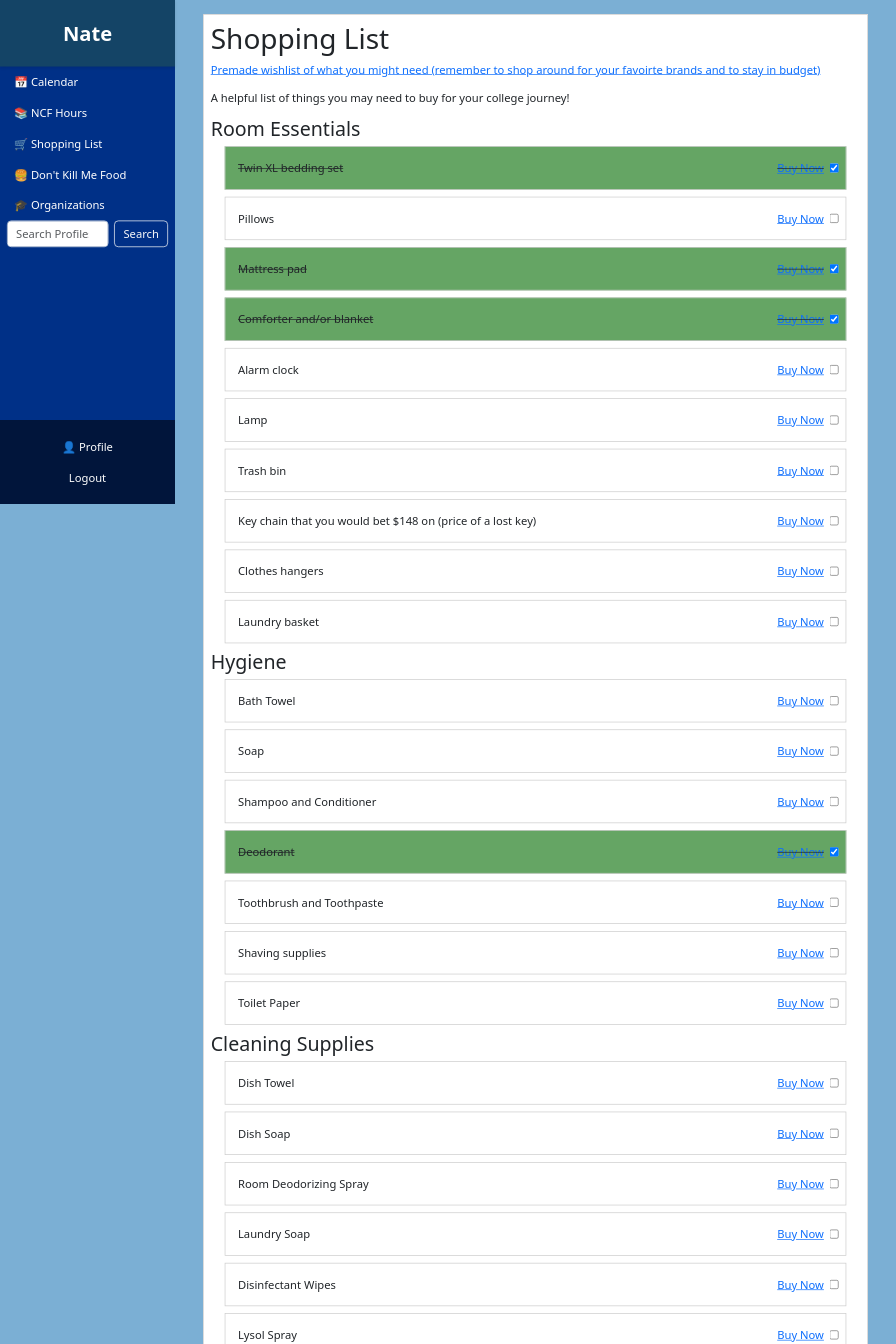
Repository: NateClarkTech/SoftwareEngineeringProject2
Page: http://localhost/shoppinglist/
An editor plug-in stored every save of this project. The page is shown before and after the next save, followed by the edit.
The browser window is 1280 px wide. The pictures show the part of the page from y = 0 to 1920 px (the page is 4171 px tall), at 70% of full size.
The page is served by the project's application, run on Django 5.2 (manage.py). The first stored user is signed in. Other server files are loaded and not shown. The page reads the database file committed with the project.

Above is the page before, as saved 2024-03-12 17:49:04.

### ShoppingList/templates/shoppinglist.html
{% extends 'base.html' %}

{% load static %}

{% block title %}Shopping List{% endblock %}

{% block extendHeader %}
<style>
    .item-box {
        border: 1px solid #ccc;
        padding: 10px;
        margin-bottom: 10px;
        margin-left: 20px;
        margin-right: 20px;
        background-color: white;
    }

    .checked {
        text-decoration: line-through;
        background-color: #65a564;
    }

    .not-checked {
        text-decoration: none;
        background-color: #ffbcbc;
    }
</style>
{% endblock %}

{% block content %}
<div class="align-items-center">
    {% if user.is_authenticated %}
    <div class="item-box">
        <h1>Shopping List</h1>
        <a href="https://www.amazon.com/hz/wishlist/ls/1MYC1SQ5AHTOC?ref_=wl_share" target="_blank">Premade wishlist of what you might need (remember to shop around for your favoirte brands and to stay in budget)</a>
        <p class="pt-3">A helpful list of things you may need to buy for your college journey!</p>

        {% for category in itemCategories %}
            <h3>{{ category }}</h3>
            {% for item in shoppingItems %}
                {% if item.category == category %}
                    <div class="item-box d-flex {% if item.checked %}checked{% endif %}">
                        <label for="item-{{ forloop.counter }}" class="flex-grow-1 p-2">{{ item.name }}</label>
                        <a href="{{ item.url }}" target="_blank" class="p-2">Buy Now</a>
                        <input type="checkbox" id="item-{{ forloop.counter }}" class="p-2" {% if item.checked %}checked{% endif %}>
                    </div>
                {% endif %}
            {% endfor %}
        {% endfor %}
    </div>
    {% else %}
    <p>You are not logged in</p>
    {% endif %}
</div>
{% endblock %}

{% block scripts %}
    <script src={% static '/js/shoppinglist.js' %}></script>
{% endblock %}

### ShoppingList/models.py
from django.db import models
from django.contrib.auth.models import User

class ShoppingListCategory(models.Model):
    name = models.CharField(max_length=200)

    def __str__(self):
        return self.name

class ShoppingListItem(models.Model):
    user = models.ForeignKey(User, on_delete=models.CASCADE)
    name = models.CharField(max_length=200)
    category = models.ForeignKey(ShoppingListCategory, on_delete=models.CASCADE)
    url = models.URLField(max_length=200)
    checked = models.BooleanField(default=False)

    def __str__(self):
        return self.user.username + " - " + self.name

### Leaderboard/urls.py
from django.urls import path
from . import views
#https://www.reddit.com/r/django/comments/13hknj7/my_project_doesnt_recognize_the_urls_from_one_of/
urlpatterns = [
    path('', views.checklist, name='checklist'),
    path('checklist/', views.checklist, name='checklist'),
    path('update_checklist/', views.update_checklist, name='update_checklist'),
    path('reset-tasks', views.reset_tasks),
    path('leaderboard/', views.leaderboard_view, name='leaderboard'),

]

### ShoppingList/urls.py
from django.urls import path
from . import views
from django.conf import settings
from django.conf.urls.static import static
from django.contrib.auth import views as auth_views

urlpatterns = [
    path('', views.shoppinglist, name='shoppinglist'),
    path('update_shoppinglist', views.update_shoppinglist, name='update_shoppinglist'),
]

### NovoTaskNinja/urls.py
from django.urls import path
from . import views
from django.conf import settings
from django.conf.urls.static import static
from django.contrib.auth import views as auth_views

urlpatterns = [

    # Backend-Heavy Pages
    path('dontkillmefood/', views.dontkillmefood, name='dontkillmefood'),

    # Frontend-Heavy Pages
    path('calendar', views.calendar, name='calendar'),
    path('ncfhours/', views.ncfhours, name='ncfhours'),
    path('', views.home, name='home'),


] + static(settings.MEDIA_URL, document_root=settings.MEDIA_ROOT)

### db.sqlite3 (the tables this page reads, as SQL)
CREATE TABLE "ShoppingList_shoppinglistcategory" ("id" integer NOT NULL PRIMARY KEY AUTOINCREMENT, "name" varchar(200) NOT NULL);
INSERT INTO "ShoppingList_shoppinglistcategory" VALUES
(1, 'Room Essentials'),
(2, 'Hygiene'),
(3, 'Cleaning Supplies'),
(4, 'Beach Supplies'),
(5, 'School Supplies'),
(6, 'Emergency Preparedness'),
(7, 'Other Items');

CREATE TABLE "ShoppingList_shoppinglistitem" ("id" integer NOT NULL PRIMARY KEY AUTOINCREMENT, "name" varchar(200) NOT NULL, "url" varchar(200) NOT NULL, "checked" bool NOT NULL, "user_id" integer NOT NULL REFERENCES "auth_user" ("id") DEFERRABLE INITIALLY DEFERRED, "category_id" bigint NOT NULL REFERENCES "ShoppingList_shoppinglistcategory" ("id") DEFERRABLE INITIALLY DEFERRED);
INSERT INTO "ShoppingList_shoppinglistitem" VALUES
(1, 'Twin XL bedding set', 'https://www.amazon.com/s?k=twin+xl+sheet+sets', 0, 3, 1),
(2, 'Pillows', 'https://www.amazon.com/s?k=bed+pillow', 0, 3, 1),
(3, 'Mattress pad', 'https://www.amazon.com/s?k=mattress+pad', 0, 3, 1),
(4, 'Comforter and/or blanket', 'https://www.amazon.com/s?k=comforter', 0, 3, 1),
(5, 'Alarm clock', 'https://www.amazon.com/s?k=alarm+clock', 0, 3, 1),
(6, 'Lamp', 'https://www.amazon.com/s?k=lamp', 0, 3, 1),
(7, 'Trash bin', 'https://www.amazon.com/s?k=trash+bin', 0, 3, 1),
(8, 'Key chain that you would bet $148 on (price of a lost key)', 'https://www.amazon.com/s?k=key+chain', 0, 3, 1),
(9, 'Clothes hangers', 'clothes hangers', 0, 3, 1),
(10, 'Laundry basket', 'https://www.amazon.com/s?k=laundry+basket', 0, 3, 1),
(11, 'Bath Towel', 'https://www.amazon.com/s?kbath+towel', 0, 3, 2),
(12, 'Soap', 'https://www.amazon.com/s?k=soap', 0, 3, 2),
(13, 'Shampoo and Conditioner', 'https://www.amazon.com/s?k=shampoo+and+conditioner', 0, 3, 2),
(14, 'Deodorant', 'https://www.amazon.com/s?k=deodorant', 0, 3, 2),
(15, 'Toothbrush and Toothpaste', 'https://www.amazon.com/s?k=toothbrush+and+toothpaste', 0, 3, 2),
(16, 'Shaving supplies', 'https://www.amazon.com/s?k=shaving+supplies', 0, 3, 2),
(17, 'Toilet Paper', 'https://www.amazon.com/s?k=toilet+paper', 0, 3, 2),
(18, 'Dish Towel', 'https://www.amazon.com/s?k=dish+towel', 0, 3, 3),
(19, 'Dish Soap', 'https://www.amazon.com/s?k=dish+soap', 0, 3, 3),
(20, 'Room Deodorizing Spray', 'https://www.amazon.com/s?k=room+deodorizing+spray', 0, 3, 3),
(21, 'Laundry Soap', 'https://www.amazon.com/s?k=laundry+soap', 0, 3, 3),
(22, 'Disinfectant Wipes', 'https://www.amazon.com/s?k=disinfectant+wipes', 0, 3, 3),
(23, 'Lysol Spray', 'https://www.amazon.com/s?k=lysol+spray', 0, 3, 3),
(24, 'Swimsuit', 'https://www.amazon.com/s?k=swimsuit', 0, 3, 4),
(25, 'Beach Towel', 'https://www.amazon.com/s?k=beach+towel', 0, 3, 4),
(26, 'Sunscreen', 'https://www.amazon.com/s?k=sunscreen', 0, 3, 4),
(27, 'Refillable Water Bottle', 'https://www.amazon.com/s?k=refillable+water+bottle', 0, 3, 4),
(28, 'Personal Computer', 'https://www.amazon.com/s?k=personal+computer', 0, 3, 5),
(29, 'Printer', 'https://www.amazon.com/s?k=printer', 0, 3, 5),
(30, 'Printer Paper', 'https://www.amazon.com/s?k=printer+paper', 0, 3, 5),
(31, 'Ethernet Cable', 'https://www.amazon.com/s?k=ethernet+cable', 0, 3, 5),
(32, 'Flash Drive', 'https://www.amazon.com/s?k=flash+drive', 0, 3, 5),
(33, 'Notebooks', 'https://www.amazon.com/s?k=notebooks', 0, 3, 5),
(34, 'Laptop Lock', 'https://www.amazon.com/s?k=laptop+lock', 0, 3, 5),
(35, 'Office Supplies (Poster Putty, Stapler, Push Pins, Pen/Pencils, Envelopes and Stamps)', 'https://www.amazon.com/s?k=office+supplies', 0, 3, 5),
(36, 'Desk Lamp', 'https://www.amazon.com/s?k=desk+lamp', 0, 3, 5),
(37, 'Power Strip with Surge Protector', 'https://www.amazon.com/s?k=power+strip+with+surge+protector', 0, 3, 5),
(38, 'Multi-port USB Charger', 'https://www.amazon.com/s?k=multi-port+usb+charger', 0, 3, 5),
(39, 'Headset', 'https://www.amazon.com/s?k=headset', 0, 3, 5),
(40, 'Flashlight', 'https://www.amazon.com/s?k=flashlight', 0, 3, 6),
(41, 'Batteries', 'https://www.amazon.com/s?k=batteries', 0, 3, 6),
(42, 'First-aid Kit', 'https://www.amazon.com/s?k=first-aid+kit', 0, 3, 6),
(43, 'Fan', 'https://www.amazon.com/s?k=fan', 0, 3, 7),
(44, 'Umbrella', 'https://www.amazon.com/s?k=umbrella', 0, 3, 7),
(45, 'Ear Plugs', 'https://www.amazon.com/s?k=ear+plugs', 0, 3, 7),
(46, 'Small Sewing Kit', 'https://www.amazon.com/s?k=sewing+kit', 0, 3, 7),
(47, 'Small Tool Kit', 'https://www.amazon.com/s?k=tool+kit', 0, 3, 7),
(48, 'Storage Bins', 'https://www.amazon.com/s?k=storage+bins', 0, 3, 7),
(49, 'Dishes and Utensils', 'https://www.amazon.com/s?k=dishes+and+utensils', 0, 3, 7),
(50, 'Camera', 'https://www.amazon.com/s?k=camera', 0, 3, 7),
(51, 'Can Opener', 'https://www.amazon.com/s?k=can+opener', 0, 3, 7),
(52, 'Twin XL bedding set', 'https://www.amazon.com/s?k=twin+xl+sheet+sets', 0, 4, 1),
(53, 'Pillows', 'https://www.amazon.com/s?k=bed+pillow', 0, 4, 1),
(54, 'Mattress pad', 'https://www.amazon.com/s?k=mattress+pad', 0, 4, 1),
(55, 'Comforter and/or blanket', 'https://www.amazon.com/s?k=comforter', 0, 4, 1),
(56, 'Alarm clock', 'https://www.amazon.com/s?k=alarm+clock', 0, 4, 1),
(57, 'Lamp', 'https://www.amazon.com/s?k=lamp', 0, 4, 1),
(58, 'Trash bin', 'https://www.amazon.com/s?k=trash+bin', 0, 4, 1),
(59, 'Key chain that you would bet $148 on (price of a lost key)', 'https://www.amazon.com/s?k=key+chain', 0, 4, 1),
(60, 'Clothes hangers', 'clothes hangers', 0, 4, 1),
(61, 'Laundry basket', 'https://www.amazon.com/s?k=laundry+basket', 0, 4, 1),
(62, 'Bath Towel', 'https://www.amazon.com/s?kbath+towel', 0, 4, 2),
(63, 'Soap', 'https://www.amazon.com/s?k=soap', 0, 4, 2),
(64, 'Shampoo and Conditioner', 'https://www.amazon.com/s?k=shampoo+and+conditioner', 0, 4, 2),
(65, 'Deodorant', 'https://www.amazon.com/s?k=deodorant', 0, 4, 2),
(66, 'Toothbrush and Toothpaste', 'https://www.amazon.com/s?k=toothbrush+and+toothpaste', 0, 4, 2),
(67, 'Shaving supplies', 'https://www.amazon.com/s?k=shaving+supplies', 0, 4, 2),
(68, 'Toilet Paper', 'https://www.amazon.com/s?k=toilet+paper', 0, 4, 2),
(69, 'Dish Towel', 'https://www.amazon.com/s?k=dish+towel', 0, 4, 3),
(70, 'Dish Soap', 'https://www.amazon.com/s?k=dish+soap', 0, 4, 3),
(71, 'Room Deodorizing Spray', 'https://www.amazon.com/s?k=room+deodorizing+spray', 0, 4, 3),
(72, 'Laundry Soap', 'https://www.amazon.com/s?k=laundry+soap', 0, 4, 3),
(73, 'Disinfectant Wipes', 'https://www.amazon.com/s?k=disinfectant+wipes', 0, 4, 3),
(74, 'Lysol Spray', 'https://www.amazon.com/s?k=lysol+spray', 0, 4, 3),
(75, 'Swimsuit', 'https://www.amazon.com/s?k=swimsuit', 0, 4, 4),
(76, 'Beach Towel', 'https://www.amazon.com/s?k=beach+towel', 0, 4, 4),
(77, 'Sunscreen', 'https://www.amazon.com/s?k=sunscreen', 0, 4, 4),
(78, 'Refillable Water Bottle', 'https://www.amazon.com/s?k=refillable+water+bottle', 0, 4, 4),
(79, 'Personal Computer', 'https://www.amazon.com/s?k=personal+computer', 0, 4, 5),
(80, 'Printer', 'https://www.amazon.com/s?k=printer', 0, 4, 5),
(81, 'Printer Paper', 'https://www.amazon.com/s?k=printer+paper', 0, 4, 5),
(82, 'Ethernet Cable', 'https://www.amazon.com/s?k=ethernet+cable', 0, 4, 5),
(83, 'Flash Drive', 'https://www.amazon.com/s?k=flash+drive', 0, 4, 5),
(84, 'Notebooks', 'https://www.amazon.com/s?k=notebooks', 0, 4, 5),
(85, 'Laptop Lock', 'https://www.amazon.com/s?k=laptop+lock', 0, 4, 5),
(86, 'Office Supplies (Poster Putty, Stapler, Push Pins, Pen/Pencils, Envelopes and Stamps)', 'https://www.amazon.com/s?k=office+supplies', 0, 4, 5),
(87, 'Desk Lamp', 'https://www.amazon.com/s?k=desk+lamp', 0, 4, 5),
(88, 'Power Strip with Surge Protector', 'https://www.amazon.com/s?k=power+strip+with+surge+protector', 0, 4, 5),
(89, 'Multi-port USB Charger', 'https://www.amazon.com/s?k=multi-port+usb+charger', 0, 4, 5),
(90, 'Headset', 'https://www.amazon.com/s?k=headset', 0, 4, 5),
(91, 'Flashlight', 'https://www.amazon.com/s?k=flashlight', 0, 4, 6),
(92, 'Batteries', 'https://www.amazon.com/s?k=batteries', 0, 4, 6),
(93, 'First-aid Kit', 'https://www.amazon.com/s?k=first-aid+kit', 0, 4, 6),
(94, 'Fan', 'https://www.amazon.com/s?k=fan', 0, 4, 7),
(95, 'Umbrella', 'https://www.amazon.com/s?k=umbrella', 0, 4, 7),
(96, 'Ear Plugs', 'https://www.amazon.com/s?k=ear+plugs', 0, 4, 7),
(97, 'Small Sewing Kit', 'https://www.amazon.com/s?k=sewing+kit', 0, 4, 7),
(98, 'Small Tool Kit', 'https://www.amazon.com/s?k=tool+kit', 0, 4, 7),
(99, 'Storage Bins', 'https://www.amazon.com/s?k=storage+bins', 0, 4, 7),
(100, 'Dishes and Utensils', 'https://www.amazon.com/s?k=dishes+and+utensils', 0, 4, 7),
(101, 'Camera', 'https://www.amazon.com/s?k=camera', 0, 4, 7),
(102, 'Can Opener', 'https://www.amazon.com/s?k=can+opener', 0, 4, 7),
(103, 'Twin XL bedding set', 'https://www.amazon.com/s?k=twin+xl+sheet+sets', 0, 2, 1),
(104, 'Pillows', 'https://www.amazon.com/s?k=bed+pillow', 0, 2, 1),
(105, 'Mattress pad', 'https://www.amazon.com/s?k=mattress+pad', 0, 2, 1),
(106, 'Comforter and/or blanket', 'https://www.amazon.com/s?k=comforter', 0, 2, 1),
(107, 'Alarm clock', 'https://www.amazon.com/s?k=alarm+clock', 0, 2, 1),
(108, 'Lamp', 'https://www.amazon.com/s?k=lamp', 0, 2, 1),
(109, 'Trash bin', 'https://www.amazon.com/s?k=trash+bin', 0, 2, 1),
(110, 'Key chain that you would bet $148 on (price of a lost key)', 'https://www.amazon.com/s?k=key+chain', 0, 2, 1),
(111, 'Clothes hangers', 'https://www.amazon.com/s?k=clothes+hangers', 0, 2, 1),
(112, 'Laundry basket', 'https://www.amazon.com/s?k=laundry+basket', 0, 2, 1),
(113, 'Bath Towel', 'https://www.amazon.com/s?k=bath+towels', 0, 2, 2),
(114, 'Soap', 'https://www.amazon.com/s?k=soap', 0, 2, 2),
(115, 'Shampoo and Conditioner', 'https://www.amazon.com/s?k=shampoo+and+conditioner', 0, 2, 2),
(116, 'Deodorant', 'https://www.amazon.com/s?k=deodorant', 0, 2, 2),
(117, 'Toothbrush and Toothpaste', 'https://www.amazon.com/s?k=toothbrush+and+toothpaste', 0, 2, 2),
(118, 'Shaving supplies', 'https://www.amazon.com/s?k=shaving+supplies', 0, 2, 2),
(119, 'Toilet Paper', 'https://www.amazon.com/s?k=toilet+paper', 0, 2, 2),
(120, 'Dish Towel', 'https://www.amazon.com/s?k=dish+towel', 0, 2, 3),
(121, 'Dish Soap', 'https://www.amazon.com/s?k=dish+soap', 0, 2, 3),
(122, 'Room Deodorizing Spray', 'https://www.amazon.com/s?k=room+deodorizing+spray', 0, 2, 3),
(123, 'Laundry Soap', 'https://www.amazon.com/s?k=laundry+soap', 0, 2, 3),
(124, 'Disinfectant Wipes', 'https://www.amazon.com/s?k=disinfectant+wipes', 0, 2, 3),
(125, 'Lysol Spray', 'https://www.amazon.com/s?k=lysol+spray', 0, 2, 3),
(126, 'Swimsuit', 'https://www.amazon.com/s?k=swimsuit', 0, 2, 4),
(127, 'Beach Towel', 'https://www.amazon.com/s?k=beach+towel', 0, 2, 4),
(128, 'Sunscreen', 'https://www.amazon.com/s?k=sunscreen', 0, 2, 4),
(129, 'Refillable Water Bottle', 'https://www.amazon.com/s?k=refillable+water+bottle', 0, 2, 4),
(130, 'Personal Computer', 'https://www.amazon.com/s?k=personal+computer', 0, 2, 5),
(131, 'Printer', 'https://www.amazon.com/s?k=printer', 0, 2, 5),
(132, 'Printer Paper', 'https://www.amazon.com/s?k=printer+paper', 0, 2, 5),
(133, 'Ethernet Cable', 'https://www.amazon.com/s?k=ethernet+cable', 0, 2, 5),
(134, 'Flash Drive', 'https://www.amazon.com/s?k=flash+drive', 0, 2, 5),
(135, 'Notebooks', 'https://www.amazon.com/s?k=notebooks', 0, 2, 5),
(136, 'Laptop Lock', 'https://www.amazon.com/s?k=laptop+lock', 0, 2, 5),
(137, 'Office Supplies (Poster Putty, Stapler, Push Pins, Pen/Pencils, Envelopes and Stamps)', 'https://www.amazon.com/s?k=office+supplies', 0, 2, 5),
(138, 'Desk Lamp', 'https://www.amazon.com/s?k=desk+lamp', 0, 2, 5),
(139, 'Power Strip with Surge Protector', 'https://www.amazon.com/s?k=power+strip+with+surge+protector', 0, 2, 5),
(140, 'Multi-port USB Charger', 'https://www.amazon.com/s?k=multi-port+usb+charger', 0, 2, 5),
(141, 'Headset', 'https://www.amazon.com/s?k=headset', 0, 2, 5),
(142, 'Flashlight', 'https://www.amazon.com/s?k=flashlight', 0, 2, 6),
(143, 'Batteries', 'https://www.amazon.com/s?k=batteries', 0, 2, 6),
(144, 'First-aid Kit', 'https://www.amazon.com/s?k=first-aid+kit', 0, 2, 6),
(145, 'Fan', 'https://www.amazon.com/s?k=fan', 0, 2, 7),
(146, 'Umbrella', 'https://www.amazon.com/s?k=umbrella', 0, 2, 7),
(147, 'Ear Plugs', 'https://www.amazon.com/s?k=ear+plugs', 0, 2, 7),
(148, 'Small Sewing Kit', 'https://www.amazon.com/s?k=sewing+kit', 0, 2, 7),
(149, 'Small Tool Kit', 'https://www.amazon.com/s?k=tool+kit', 0, 2, 7),
(150, 'Storage Bins', 'https://www.amazon.com/s?k=storage+bins', 0, 2, 7),
(151, 'Dishes and Utensils', 'https://www.amazon.com/s?k=dishes+and+utensils', 0, 2, 7),
(152, 'Camera', 'https://www.amazon.com/s?k=camera', 0, 2, 7),
(153, 'Can Opener', 'https://www.amazon.com/s?k=can+opener', 0, 2, 7),
(154, 'Twin XL bedding set', 'https://www.amazon.com/s?k=twin+xl+sheet+sets', 1, 1, 1),
(155, 'Pillows', 'https://www.amazon.com/s?k=bed+pillow', 0, 1, 1),
(156, 'Mattress pad', 'https://www.amazon.com/s?k=mattress+pad', 1, 1, 1),
(157, 'Comforter and/or blanket', 'https://www.amazon.com/s?k=comforter', 1, 1, 1),
(158, 'Alarm clock', 'https://www.amazon.com/s?k=alarm+clock', 0, 1, 1),
(159, 'Lamp', 'https://www.amazon.com/s?k=lamp', 0, 1, 1),
(160, 'Trash bin', 'https://www.amazon.com/s?k=trash+bin', 0, 1, 1),
(161, 'Key chain that you would bet $148 on (price of a lost key)', 'https://www.amazon.com/s?k=key+chain', 0, 1, 1),
(162, 'Clothes hangers', 'https://www.amazon.com/s?k=clothes+hangers', 0, 1, 1),
(163, 'Laundry basket', 'https://www.amazon.com/s?k=laundry+basket', 0, 1, 1),
(164, 'Bath Towel', 'https://www.amazon.com/s?k=bath+towels', 0, 1, 2),
(165, 'Soap', 'https://www.amazon.com/s?k=soap', 0, 1, 2),
(166, 'Shampoo and Conditioner', 'https://www.amazon.com/s?k=shampoo+and+conditioner', 0, 1, 2),
(167, 'Deodorant', 'https://www.amazon.com/s?k=deodorant', 1, 1, 2),
(168, 'Toothbrush and Toothpaste', 'https://www.amazon.com/s?k=toothbrush+and+toothpaste', 0, 1, 2),
(169, 'Shaving supplies', 'https://www.amazon.com/s?k=shaving+supplies', 0, 1, 2),
(170, 'Toilet Paper', 'https://www.amazon.com/s?k=toilet+paper', 0, 1, 2),
(171, 'Dish Towel', 'https://www.amazon.com/s?k=dish+towel', 0, 1, 3),
(172, 'Dish Soap', 'https://www.amazon.com/s?k=dish+soap', 0, 1, 3),
(173, 'Room Deodorizing Spray', 'https://www.amazon.com/s?k=room+deodorizing+spray', 0, 1, 3),
(174, 'Laundry Soap', 'https://www.amazon.com/s?k=laundry+soap', 0, 1, 3),
(175, 'Disinfectant Wipes', 'https://www.amazon.com/s?k=disinfectant+wipes', 0, 1, 3),
(176, 'Lysol Spray', 'https://www.amazon.com/s?k=lysol+spray', 0, 1, 3),
(177, 'Swimsuit', 'https://www.amazon.com/s?k=swimsuit', 0, 1, 4),
(178, 'Beach Towel', 'https://www.amazon.com/s?k=beach+towel', 0, 1, 4),
(179, 'Sunscreen', 'https://www.amazon.com/s?k=sunscreen', 0, 1, 4),
(180, 'Refillable Water Bottle', 'https://www.amazon.com/s?k=refillable+water+bottle', 0, 1, 4),
(181, 'Personal Computer', 'https://www.amazon.com/s?k=personal+computer', 0, 1, 5),
(182, 'Printer', 'https://www.amazon.com/s?k=printer', 0, 1, 5),
(183, 'Printer Paper', 'https://www.amazon.com/s?k=printer+paper', 0, 1, 5),
(184, 'Ethernet Cable', 'https://www.amazon.com/s?k=ethernet+cable', 0, 1, 5),
(185, 'Flash Drive', 'https://www.amazon.com/s?k=flash+drive', 0, 1, 5),
(186, 'Notebooks', 'https://www.amazon.com/s?k=notebooks', 0, 1, 5),
(187, 'Laptop Lock', 'https://www.amazon.com/s?k=laptop+lock', 0, 1, 5),
(188, 'Office Supplies (Poster Putty, Stapler, Push Pins, Pen/Pencils, Envelopes and Stamps)', 'https://www.amazon.com/s?k=office+supplies', 0, 1, 5),
(189, 'Desk Lamp', 'https://www.amazon.com/s?k=desk+lamp', 0, 1, 5),
(190, 'Power Strip with Surge Protector', 'https://www.amazon.com/s?k=power+strip+with+surge+protector', 0, 1, 5),
(191, 'Multi-port USB Charger', 'https://www.amazon.com/s?k=multi-port+usb+charger', 0, 1, 5),
(192, 'Headset', 'https://www.amazon.com/s?k=headset', 0, 1, 5),
(193, 'Flashlight', 'https://www.amazon.com/s?k=flashlight', 0, 1, 6),
(194, 'Batteries', 'https://www.amazon.com/s?k=batteries', 0, 1, 6),
(195, 'First-aid Kit', 'https://www.amazon.com/s?k=first-aid+kit', 0, 1, 6),
(196, 'Fan', 'https://www.amazon.com/s?k=fan', 0, 1, 7),
(197, 'Umbrella', 'https://www.amazon.com/s?k=umbrella', 0, 1, 7),
(198, 'Ear Plugs', 'https://www.amazon.com/s?k=ear+plugs', 0, 1, 7),
(199, 'Small Sewing Kit', 'https://www.amazon.com/s?k=sewing+kit', 0, 1, 7),
(200, 'Small Tool Kit', 'https://www.amazon.com/s?k=tool+kit', 0, 1, 7),
(201, 'Storage Bins', 'https://www.amazon.com/s?k=storage+bins', 0, 1, 7),
(202, 'Dishes and Utensils', 'https://www.amazon.com/s?k=dishes+and+utensils', 0, 1, 7),
(203, 'Camera', 'https://www.amazon.com/s?k=camera', 0, 1, 7),
(204, 'Can Opener', 'https://www.amazon.com/s?k=can+opener', 0, 1, 7);

CREATE TABLE "auth_user" ("id" integer NOT NULL PRIMARY KEY AUTOINCREMENT, "password" varchar(128) NOT NULL, "last_login" datetime NULL, "is_superuser" bool NOT NULL, "username" varchar(150) NOT NULL UNIQUE, "last_name" varchar(150) NOT NULL, "email" varchar(254) NOT NULL, "is_staff" bool NOT NULL, "is_active" bool NOT NULL, "date_joined" datetime NOT NULL, "first_name" varchar(150) NOT NULL);
INSERT INTO "auth_user" VALUES
(1, 'pbkdf2_sha256$720000$voXDfFPGW35Vj4HBNrXH6O$81VbTivkDmHTHyrO0enerEqBO5Y1jna5vWEizOy2neM=', '2024-03-12 19:50:57.516190', 0, 'Nate', '', '', 0, 1, '2024-03-10 17:59:04.381654', ''),
(2, 'pbkdf2_sha256$720000$6xx2oJHi4sTw9UGfKxI1Vr$hTFa86Txj4tm4MMlh+gyYzNVMNkcrilSLcoieOe8rZ0=', '2024-03-12 19:31:30.492896', 1, 'admin', '', '', 1, 1, '2024-03-10 17:59:37.223655', ''),
(3, 'pbkdf2_sha256$720000$CYfsySN9KJ3kKCFa7FcOyu$1SpWWJdIaEb00rFZobW7XtaDRaXiSxJRIjAVbF6ooGU=', '2024-03-12 15:52:11.849871', 0, 'NotNate', '', '', 0, 1, '2024-03-10 21:43:19.463536', ''),
(4, 'pbkdf2_sha256$720000$yQsW3wlpSp5GMrkLKbaAMK$XEmvrkUnHV2qiy/8O9pIhwGZvYNqFGRgejnn5yn4QFM=', '2024-03-11 00:26:01.990320', 0, 'Username', '', '', 0, 1, '2024-03-11 00:26:01.476318', '');

Loaded but not shown: ShoppingList/static/js/shoppinglist.js (57 lines, source omitted); NovoTaskNinja/templates/navbar.html (248 lines, source omitted); ShoppingList/views.py (113 lines, source omitted); static/css/base/base.css (123 lines, source omitted); NovoTaskNinja/templates/base.html (49 lines, source omitted); SEProject2/urls.py (30 lines, source omitted); Profile/urls.py (26 lines, source omitted)

After the next save:
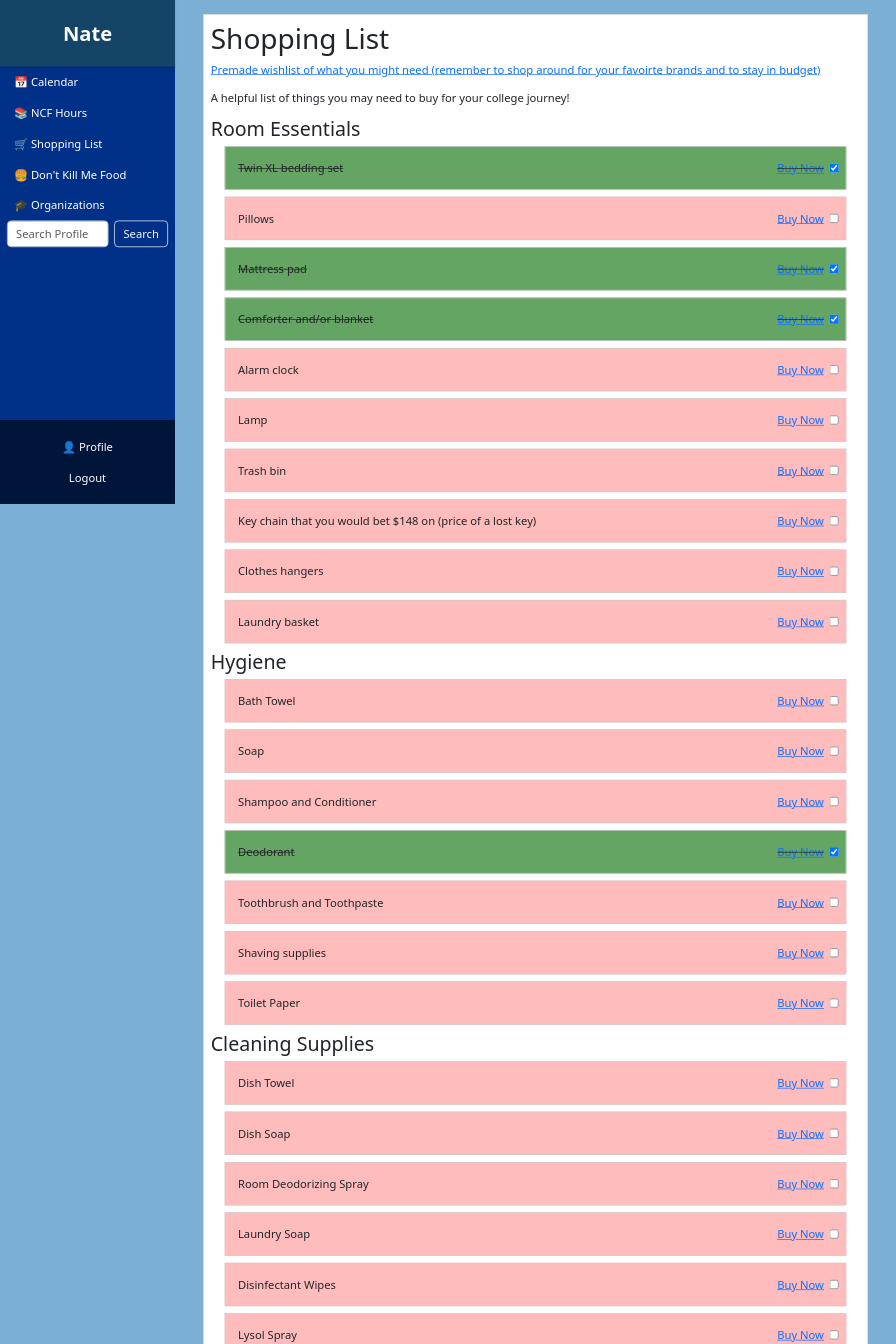
Saved 35 s later.
--- a/ShoppingList/templates/shoppinglist.html
+++ b/ShoppingList/templates/shoppinglist.html
@@ -39,7 +39,7 @@
             <h3>{{ category }}</h3>
             {% for item in shoppingItems %}
                 {% if item.category == category %}
-                    <div class="item-box d-flex {% if item.checked %}checked{% endif %}">
+                    <div class="item-box d-flex {% if item.checked %}checked{%else%}not-checked{% endif %}">
                         <label for="item-{{ forloop.counter }}" class="flex-grow-1 p-2">{{ item.name }}</label>
                         <a href="{{ item.url }}" target="_blank" class="p-2">Buy Now</a>
                         <input type="checkbox" id="item-{{ forloop.counter }}" class="p-2" {% if item.checked %}checked{% endif %}>
